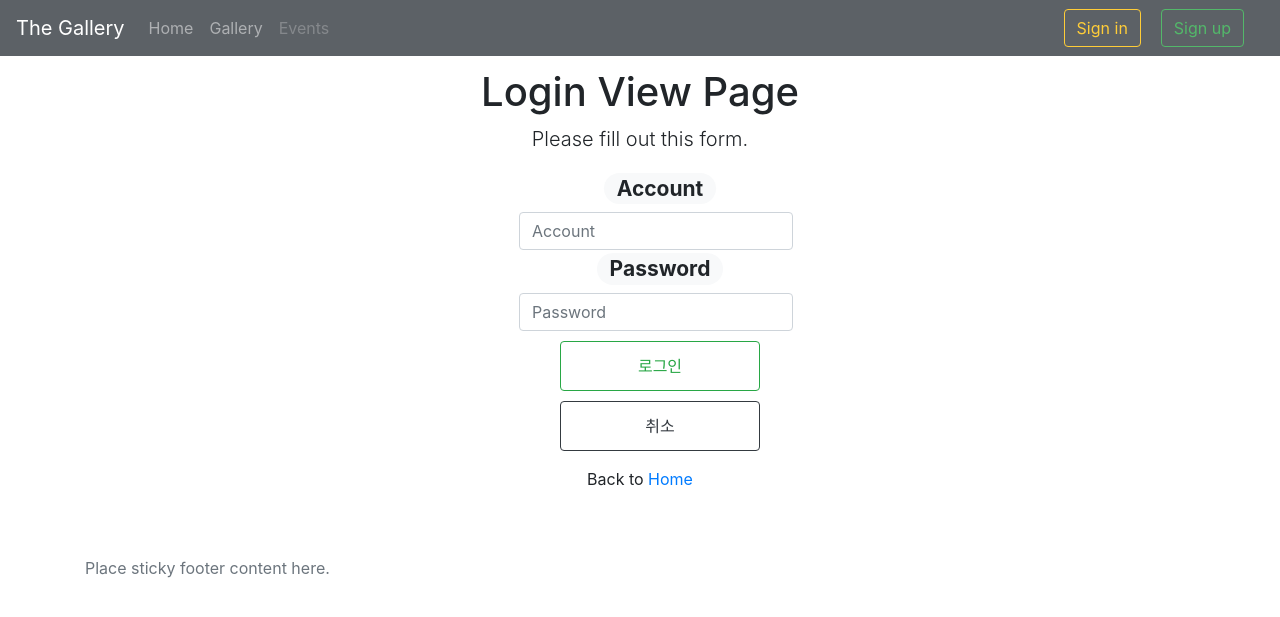
Repository: caramelsyrup/SpringProject1
Page: http://localhost/gallery/WEB-INF/views/customLogin.jsp
These files come from the project's save history. The page is drawn as it stood at one moment and after the next save; the edit follows.
The browser window is 1280 px wide. The pictures show the whole page.
The page is served by Tomcat 9. Nobody is signed in. Other server files are loaded and not shown. The template is opened directly, without the code that normally fills it, so the values that code supplies are empty.

Above is the page before, as saved 2020-11-21 12:52:41.

### gallery/src/main/webapp/WEB-INF/views/customLogin.jsp
<%@ page language="java" contentType="text/html; charset=UTF-8" pageEncoding="UTF-8"%>
<%@ include file="/resources/includes/header.jsp" %>
<title>로그인화면</title>
</head>
<main role="main" class="flex-shrink-1" style="margin-top: 20px">
  <div class="container" align="center">
    <h1 class="mt-5">Login View Page</h1>
    <p class="lead">Please fill out this form.</p>
    <form class="form-inline mt-2 mt-md-0" id="loginForm" action="/login" method="post">
    	<ul style="list-style: none; margin-left: auto; margin-right: auto;">
    		<li>
    			<h3><span class="badge badge-pill badge-light">Account</span></h3>
        		<input class="form-control mr-sm-2" type="text" placeholder="Account" aria-label="Search" name="username" id="username">
    		</li>
    		<li>
    			<h3><span class="badge badge-pill badge-light">Password</span></h3>
	    		<input class="form-control mr-sm-2" type="password" placeholder="Password" aria-label="Search" name="password" id="password">
    		</li>
    		<li style="margin-top: 10px; margin-bottom: 10px;">
    			<input class="btn btn-outline-success my-2 my-sm-0" type="button" id="btnLogin" value="로그인" style="width: 200px; height: 50px;">
    		</li>
    		<li><input class="btn btn-outline-dark my-2 my-sm-0" type="reset" value="취소" style="width: 200px; height: 50px;" ></li>
    	</ul>
      </form>
   <p>Back to <a href="/">Home</a></p>
  </div>

	<script type="text/javascript" src="/resources/js/login.js"></script>
</main>
<hr class="featurette-divider">
<footer class="footer mt-auto py-3">
  <div class="container">
    <span class="text-muted">Place sticky footer content here.</span>
  </div>
</footer>
</body>
</html>

### gallery/src/main/webapp/resources/includes/header.jsp
<%@ taglib prefix="c" uri="http://java.sun.com/jsp/jstl/core" %>
<!DOCTYPE html>
<html>
<head>
<meta charset="UTF-8">
    <meta charset="utf-8">
    <meta name="viewport" content="width=device-width, initial-scale=1, shrink-to-fit=no">
    <meta name="description" content="">
    <meta name="author" content="Mark Otto, Jacob Thornton, and Bootstrap contributors">
    <meta name="generator" content="Jekyll v4.1.1">
<script src="https://code.jquery.com/jquery-3.5.1.js" integrity="sha256-QWo7LDvxbWT2tbbQ97B53yJnYU3WhH/C8ycbRAkjPDc=" crossorigin="anonymous"></script>
<!-- Latest compiled and minified CSS -->
<link rel="stylesheet" href="https://stackpath.bootstrapcdn.com/bootstrap/4.5.2/css/bootstrap.min.css">
<!-- Latest compiled JavaScript -->
<script src="https://stackpath.bootstrapcdn.com/bootstrap/4.5.2/js/bootstrap.min.js"></script>
</head>
<!-- 최상단 -->
<body class="d-flex flex-column h-100">
    <header>
  <!-- Fixed navbar -->
  <nav class="navbar navbar-expand-md navbar-dark fixed-top bg-dark" style="opacity: 0.8;">
    <a class="navbar-brand" href="/">The Gallery</a>
    <button class="navbar-toggler" type="button" data-toggle="collapse" data-target="#navbarCollapse" aria-controls="navbarCollapse" aria-expanded="false" aria-label="Toggle navigation">
      <span class="navbar-toggler-icon"></span>
    </button>
    <div class="collapse navbar-collapse" id="navbarCollapse">
      <ul class="navbar-nav mr-auto">
        <li class="nav-item">
          <a class="nav-link" href="/">Home <!-- <span class="sr-only">(current)</span> --> </a>
        </li>
        <li class="nav-item">
          <a class="nav-link" href="/gallery/list">Gallery</a>
        </li>
        <c:choose>
	        <c:when test="${member.auth==0||member.auth==1}">
	        	<li class="nav-item">
		          <a class="nav-link" href="/events/elist">Events</a>
		        </li>
	        </c:when>
			<c:otherwise>
				<li class="nav-item">
		          <a class="nav-link disabled" href="/events/elist"  aria-disabled="true">Events</a>
		        </li>
			</c:otherwise>
        </c:choose>

	    <c:if test="${member.auth==0}">
	     <li class="nav-item">
	      <a class="nav-link" href="/member/memberInfo/${member.username}">Info</a>
	     </li>
	    </c:if>
	    <c:if test="${member.auth==1}">
	     <li class="nav-item">
	      <a class="nav-link" href="/member/allmember">All Member</a>
	     </li>
	     <li class="nav-item">
	      <a class="nav-link disabled" href="/member/allReser"  aria-disabled="true">All Reservation</a>
	     </li>
	    </c:if>

      </ul>
       <c:choose>
       	<c:when test="${empty member.username}">
       		<a class="btn btn-outline-warning my-2 my-sm-0" href="/member/createMember" style="margin-right: 20px">Sign in</a>
      		<a class="btn btn-outline-success my-2 my-sm-0" href="/customLogin" style="margin-right: 20px">Sign up</a>
      	</c:when>
      	<c:otherwise>
        	<a class="btn btn-outline-success my-2 my-sm-0" href="/customLogout">Logout</a>
        </c:otherwise>
       </c:choose>
    </div>
  </nav>
</header>

### gallery/src/main/webapp/resources/js/login.js
$(document).ready(function(){


	$("#btnLogin").click(function(){
		var userID = $("#username").val();
		var password = $("#password").val();
		if(userID==""){
			alert('아이디를 입력하세요!');
			$("#username").focus();
			return false;
		}
		if(password==""){
			alert('비밀번호를 입력하세요!');
			$("#password").focus();
			return false;
		}
		// 로그인 판단
		loginDo($("#username").val(),$("#password").val());
	});


});

function loginDo(username,password){
	// 값이 있으면, 해당 컨트롤러에서 처리후 결과 받음
		$.ajax({
			type:"POST",
			url:"/login",
			data:{"username":username,"password":password}
		})
		.done(function(resp){
			if(resp=="go"){
				alert('Welcome!');
				location.href="/";
			}else{
				alert('Pleae check your info');
			}
		})
		.fail(function(e){
			alert("Please Check your Account");
		});
}

After the next save:
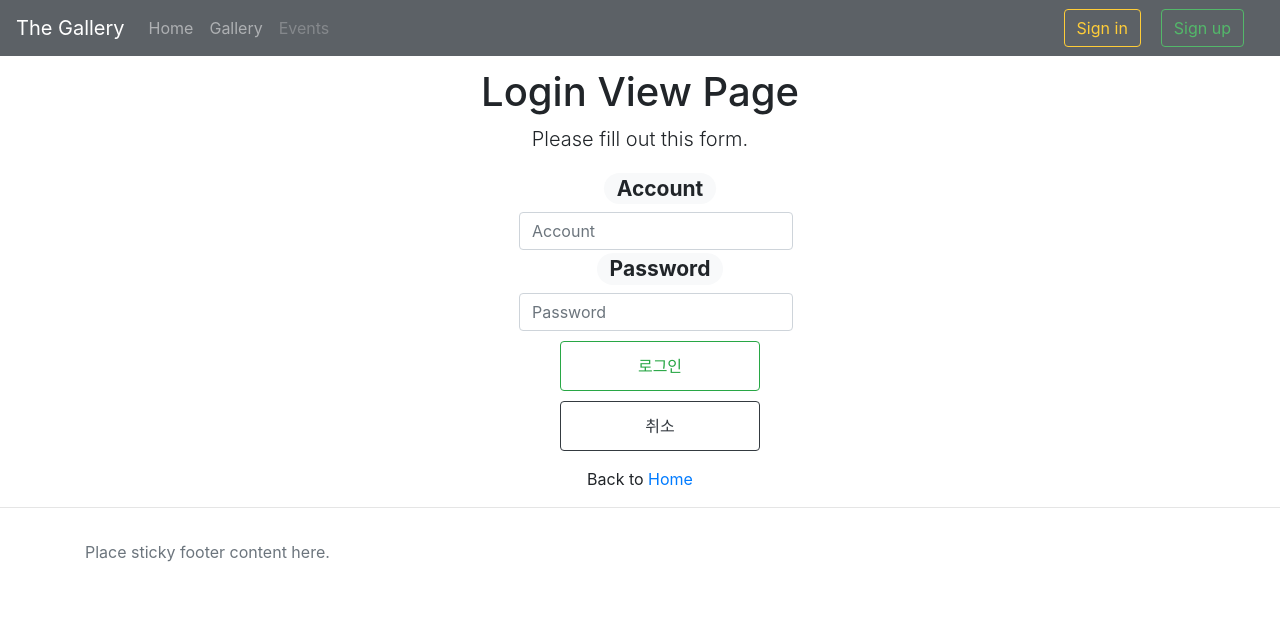
Saved 116 s later.
--- a/gallery/src/main/webapp/WEB-INF/views/customLogin.jsp
+++ b/gallery/src/main/webapp/WEB-INF/views/customLogin.jsp
@@ -24,10 +24,10 @@
       </form>
    <p>Back to <a href="/">Home</a></p>
   </div>
-
+  <hr class="featurette-divider">
 	<script type="text/javascript" src="/resources/js/login.js"></script>
 </main>
-<hr class="featurette-divider">
+
 <footer class="footer mt-auto py-3">
   <div class="container">
     <span class="text-muted">Place sticky footer content here.</span>
